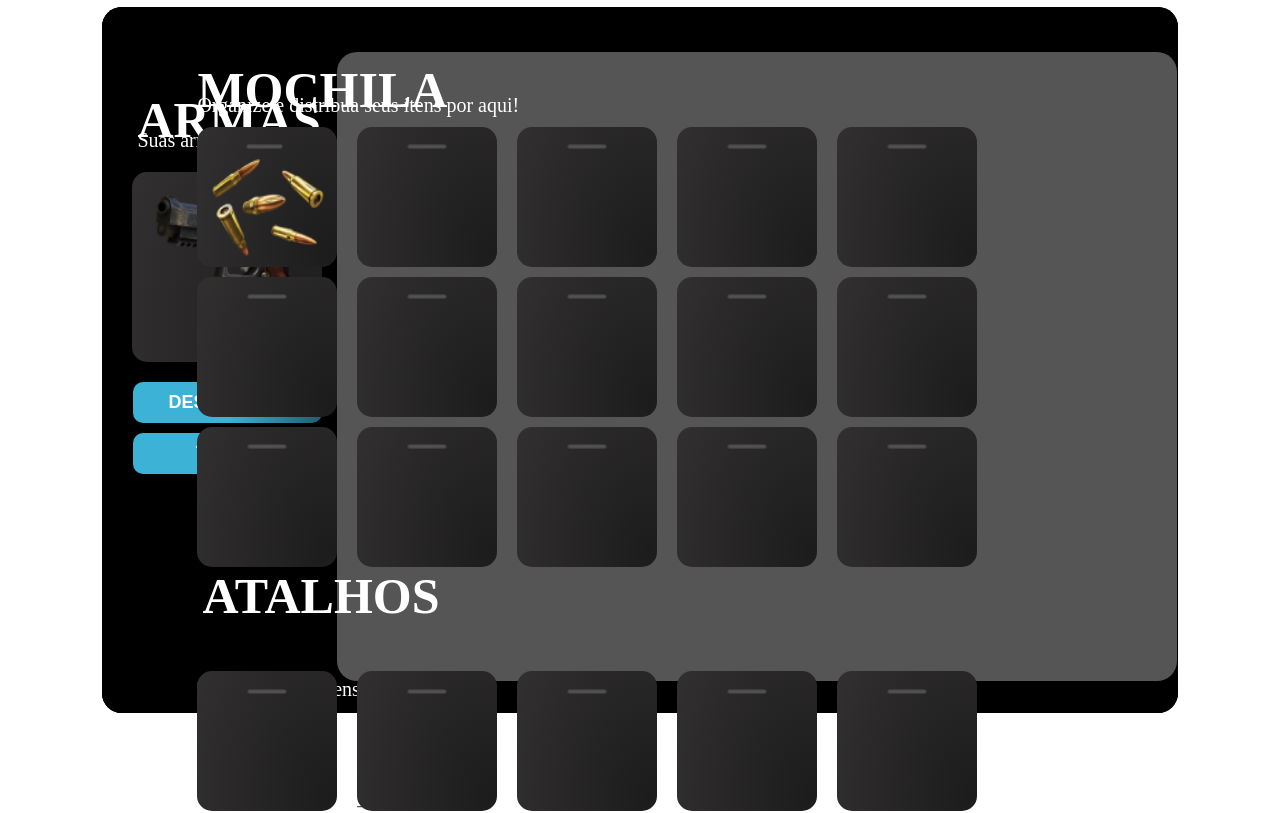
Repository: DuMCorrea/Mochila
Page: index.html
These files come from the project's save history. The page is drawn as it stood at one moment and after the next save; the edit follows.
The browser window is 1280 px wide. The pictures show the whole page.
Some web fonts or font styles are not loaded; a fallback is used.

Above is the page before, as saved 2024-09-03 09:41:16.

After the next save:
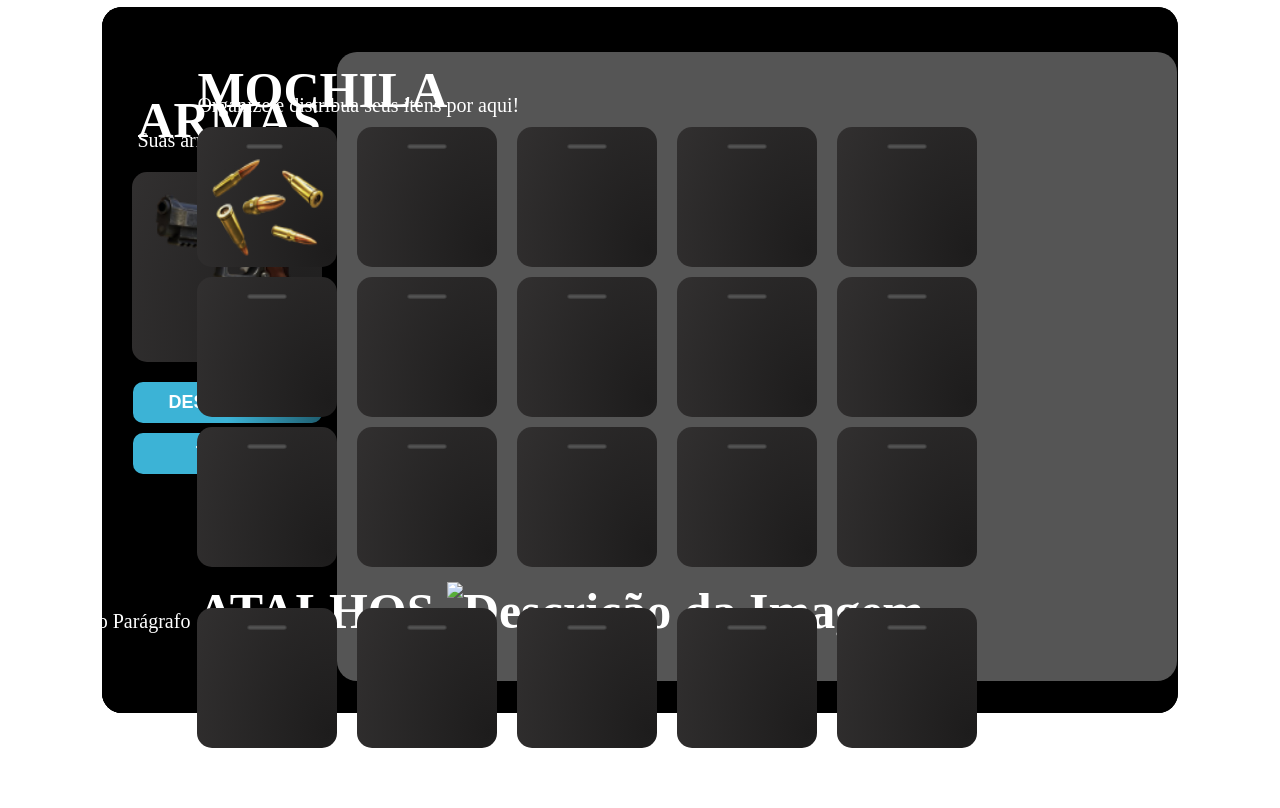
Not found: caminho-da-imagem
Saved 104 s later.
--- a/index.html
+++ b/index.html
@@ -80,9 +80,13 @@
                             <img src="assets/traco.png" alt="Imagem" class="square-image">
                         </div>
                         </div>
-                        <h2 class="atalhos-title">ATALHOS</h2>
-                        <img src="assets/linhaGrande.png" alt="Imagem ao lado do título" class="atalho-image">
-                        <p class="atalho-text">Tenha acesso a itens expecíficos</p>
+                        <div class="atalhos-title-container">
+                            <h1 class="atalhos-title">
+                                ATALHOS
+                                <img src="caminho-da-imagem" alt="Descrição da Imagem" class="atalhos-image">
+                                <p class="atalhos-paragraph">Texto do Parágrafo</p>
+                            </h1>
+                        </div>
                         <div class="shortcuts-container">
                             <div class="square">
                                 <img src="assets/traco.png" alt="Imagem" class="square-image">
